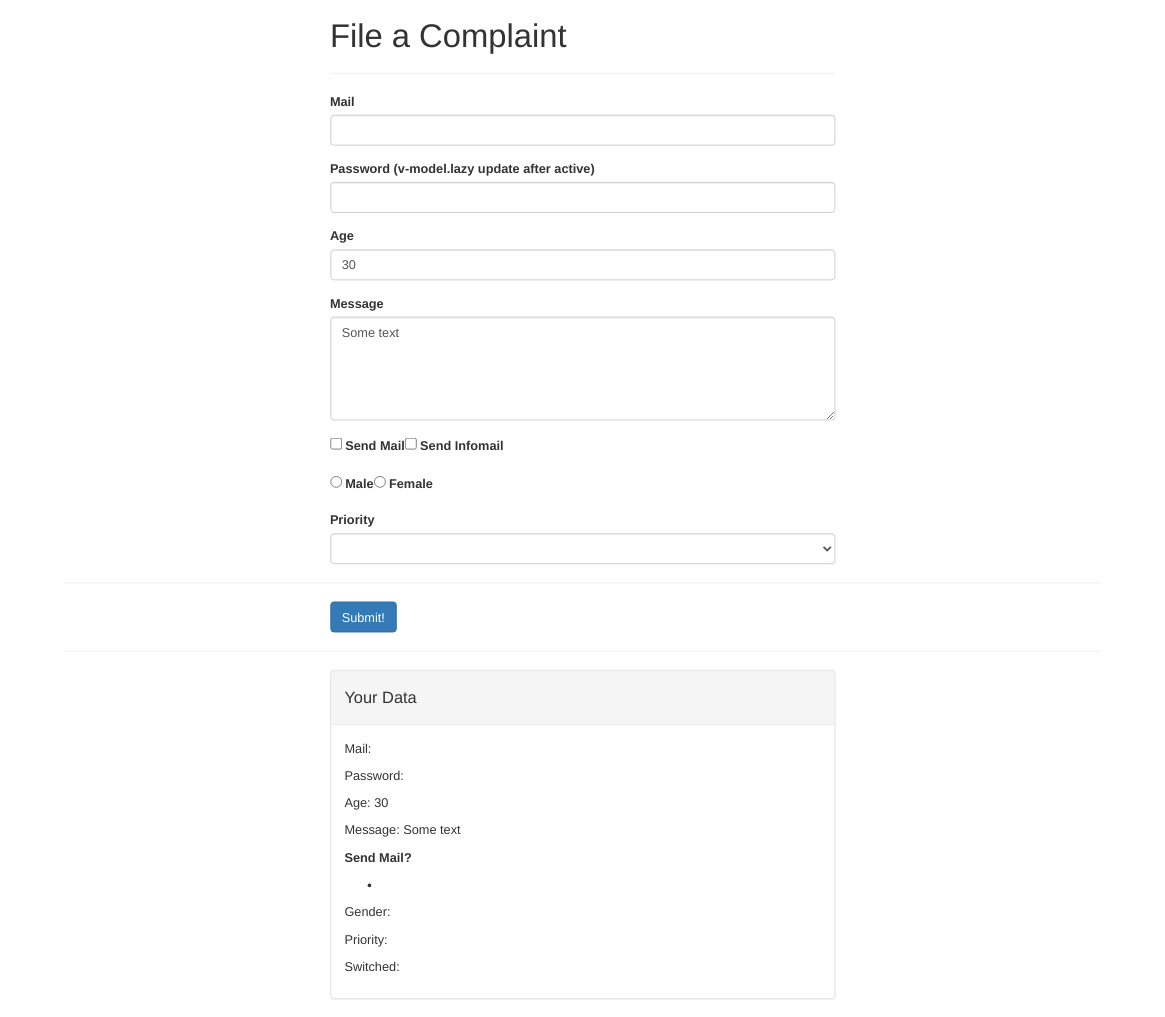
Repository: wojkos/Learn
Page: / (app in Vue/module_form/)
These files come from the project's save history. The page is drawn as it stood at one moment and after the next save; the edit follows.
The browser window is 1280 px wide. The pictures show the whole page, at 91% of full size.
The project was rebuilt for these pictures with package versions that can differ from the ones it lists, and the page was loaded fresh each time. Also part of the build but not shown: Vue/module_form/webpack.config.js.

Above is the page before, as saved 2018-05-15 22:49:33.

After the next save:
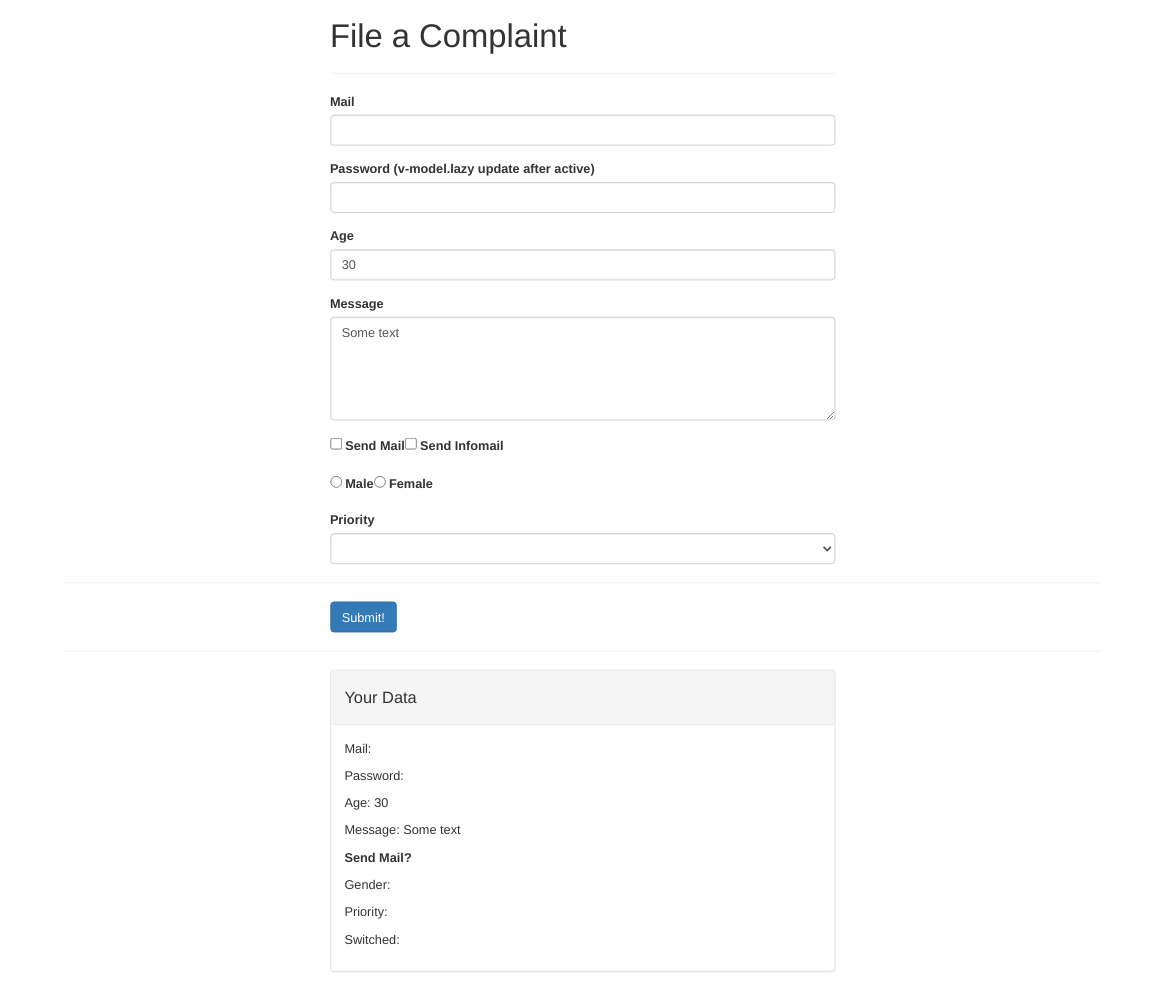
Saved 62 s later.
--- a/Vue/module_form/src/App.vue
+++ b/Vue/module_form/src/App.vue
@@ -113,7 +113,7 @@
                         <p style="white-space: pre">Message: {{ message }}</p>
                         <p><strong>Send Mail?</strong></p>
                         <ul>
-                            <li></li>
+                            <li v-for="item in sendEmail"> {{ item }}</li>
                         </ul>
                         <p>Gender:</p>
                         <p>Priority:</p>

After the save that followed:
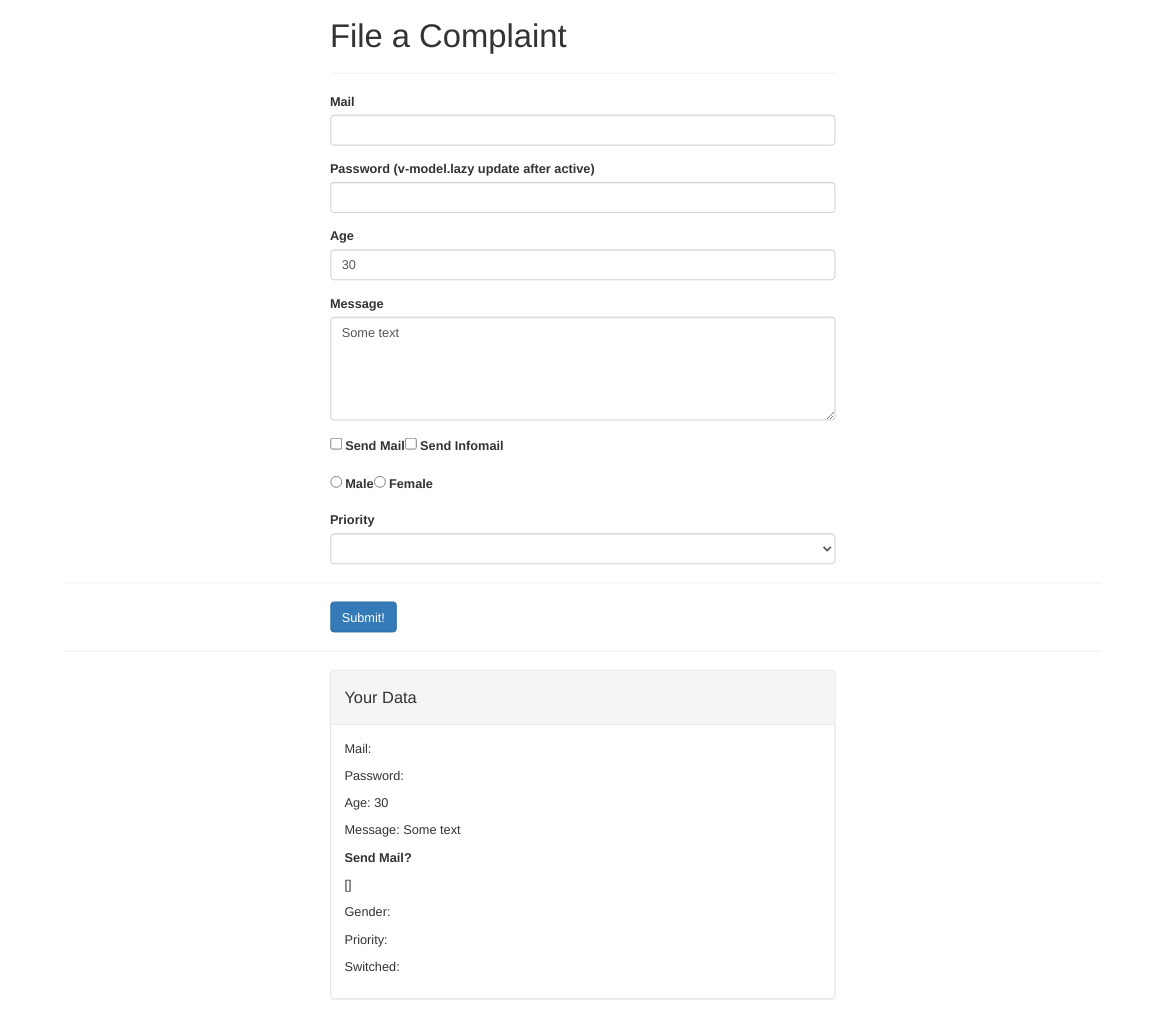
Saved 74 s later.
--- a/Vue/module_form/src/App.vue
+++ b/Vue/module_form/src/App.vue
@@ -112,6 +112,7 @@
                         <p>Age: {{ userData.age }}</p>
                         <p style="white-space: pre">Message: {{ message }}</p>
                         <p><strong>Send Mail?</strong></p>
+                        <p>{{sendEmail}}</p>
                         <ul>
                             <li v-for="item in sendEmail"> {{ item }}</li>
                         </ul>
